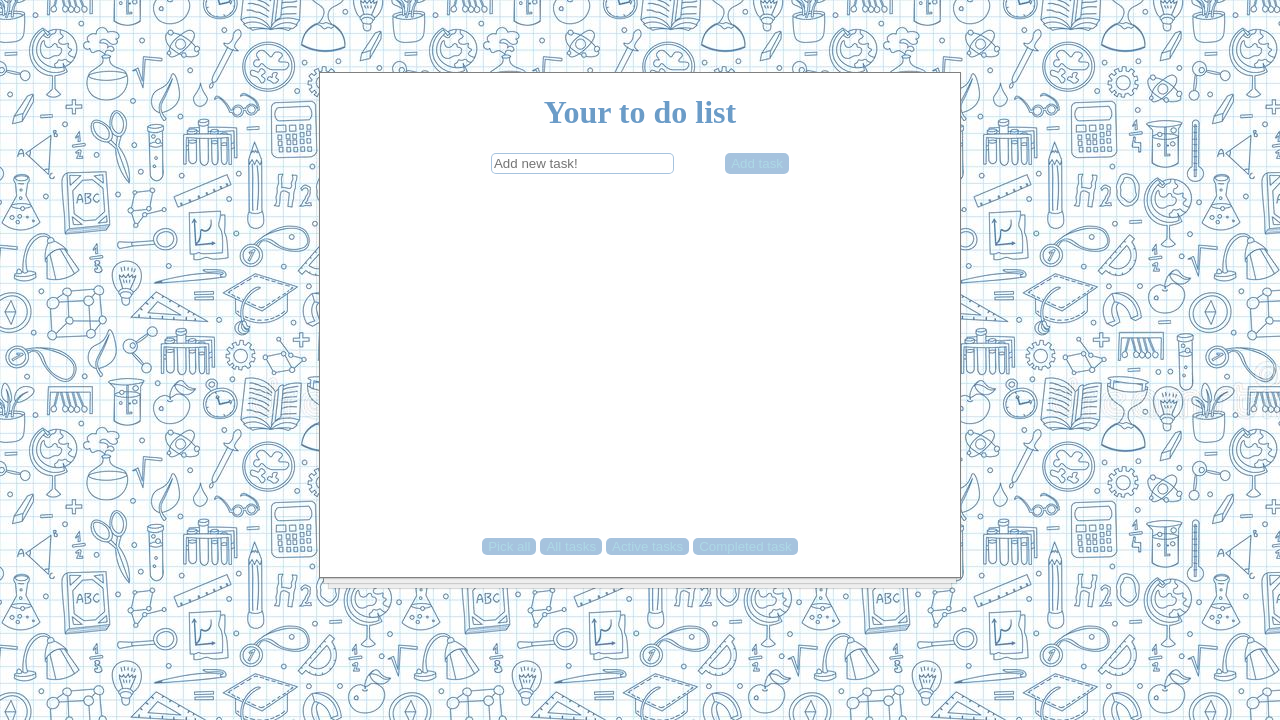
Repository: FetterDev/to-do-v2
Page: index.html
These files come from the project's save history. The page is drawn as it stood at one moment and after the next save; the edit follows.
The browser window is 1280 px wide. The pictures show the whole page.

Above is the page before, as saved 2020-07-20 15:29:38.

After the next save:
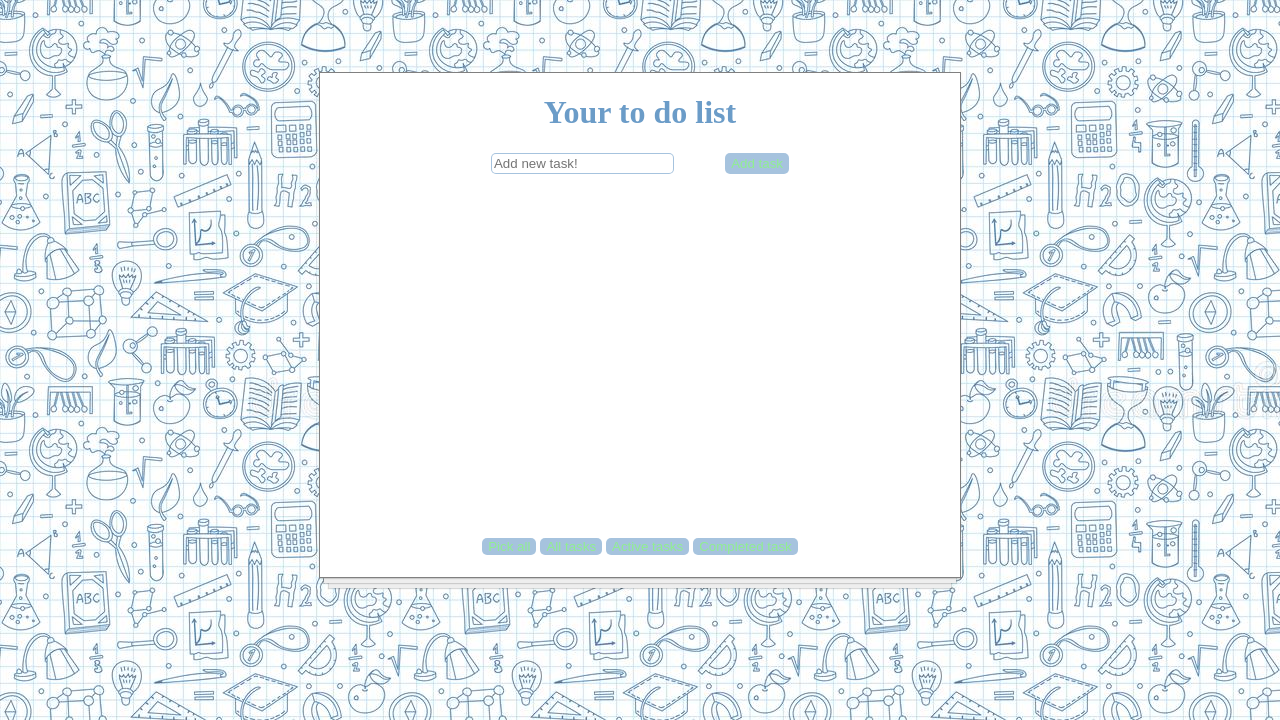
Saved 5 s later.
--- a/style.css
+++ b/style.css
@@ -55,7 +55,7 @@ h1{
 
   }
   .button{
-      color: lightblue;
+      color: lightgreen;
       border-radius: 5px;
       border: none;
       background-color: rgba(107,156,200,0.6);
